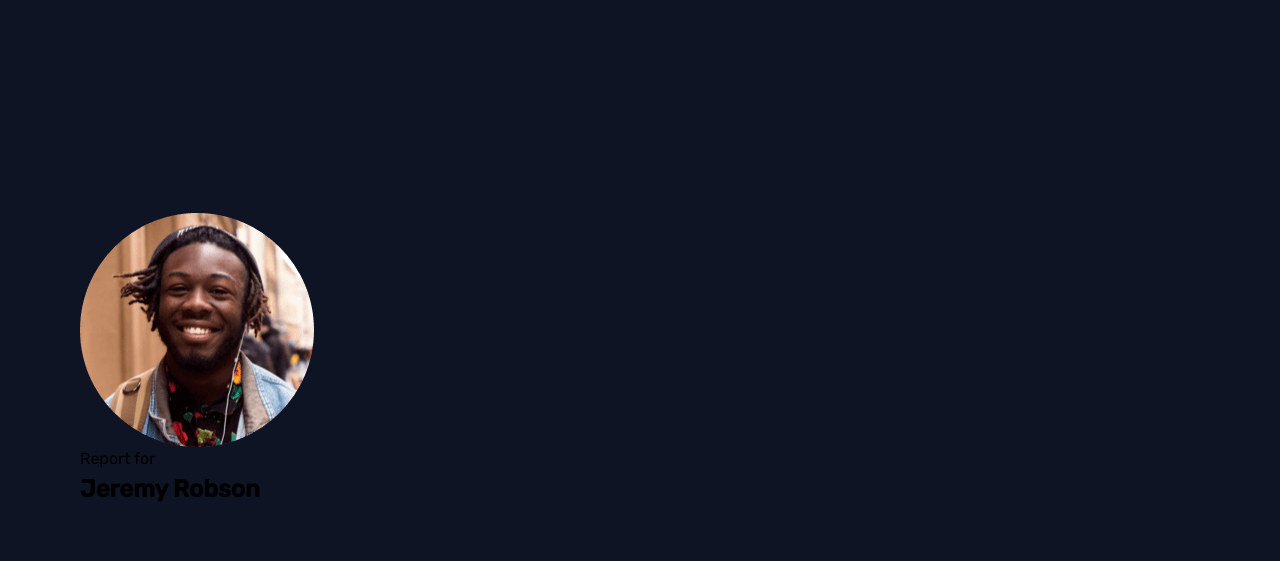
Repository: Akashiii1/WebTimeTracking_Day6
Page: index.html
These files come from the project's save history. The page is drawn as it stood at one moment and after a run of saves; the edit follows.
The browser window is 1280 px wide. The pictures show the whole page.

Above is the page before, as saved 2021-12-26 23:41:06.

After the next 2 saves:
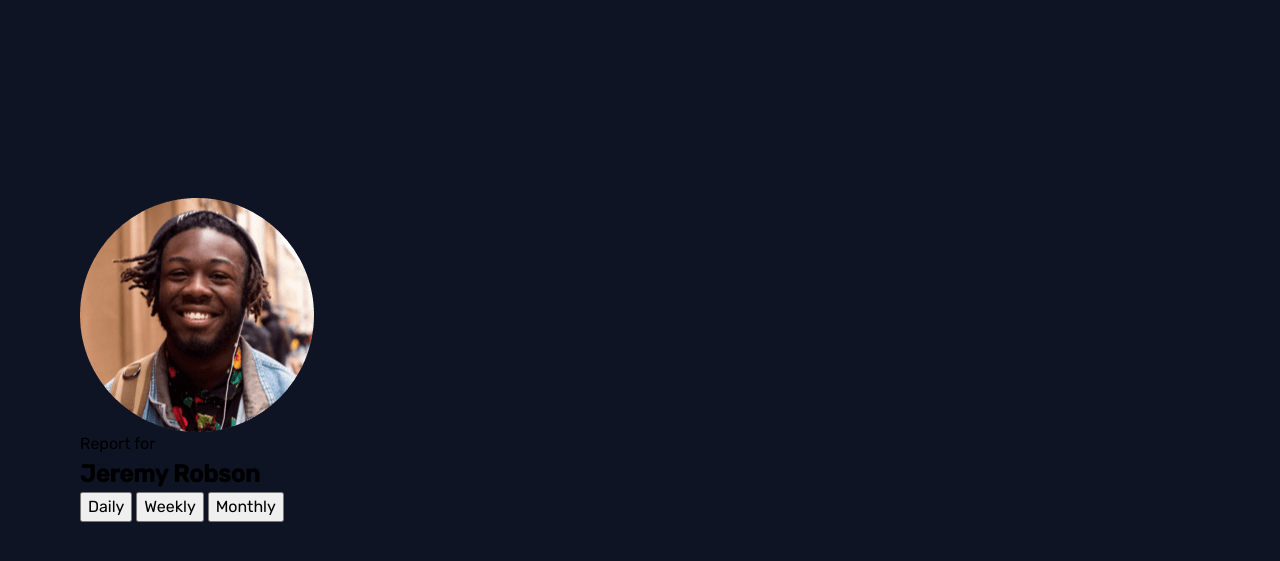
The 2 saves are shown as one change because they came seconds apart.
The last was saved 68 s later.
--- a/index.html
+++ b/index.html
@@ -39,7 +39,12 @@
           <h2 class="user-name">Jeremy Robson</h2>
         </div>
       </div>
-      <div class="options"></div>
+      <div class="options">
+        <button class="user-btn">Daily</button>
+        <button class="user-btn active">Weekly</button>
+        <button class="user-btn">Monthly</button>
+
+      </div>
     </div>
 
     <!-- <div class="attribution">
